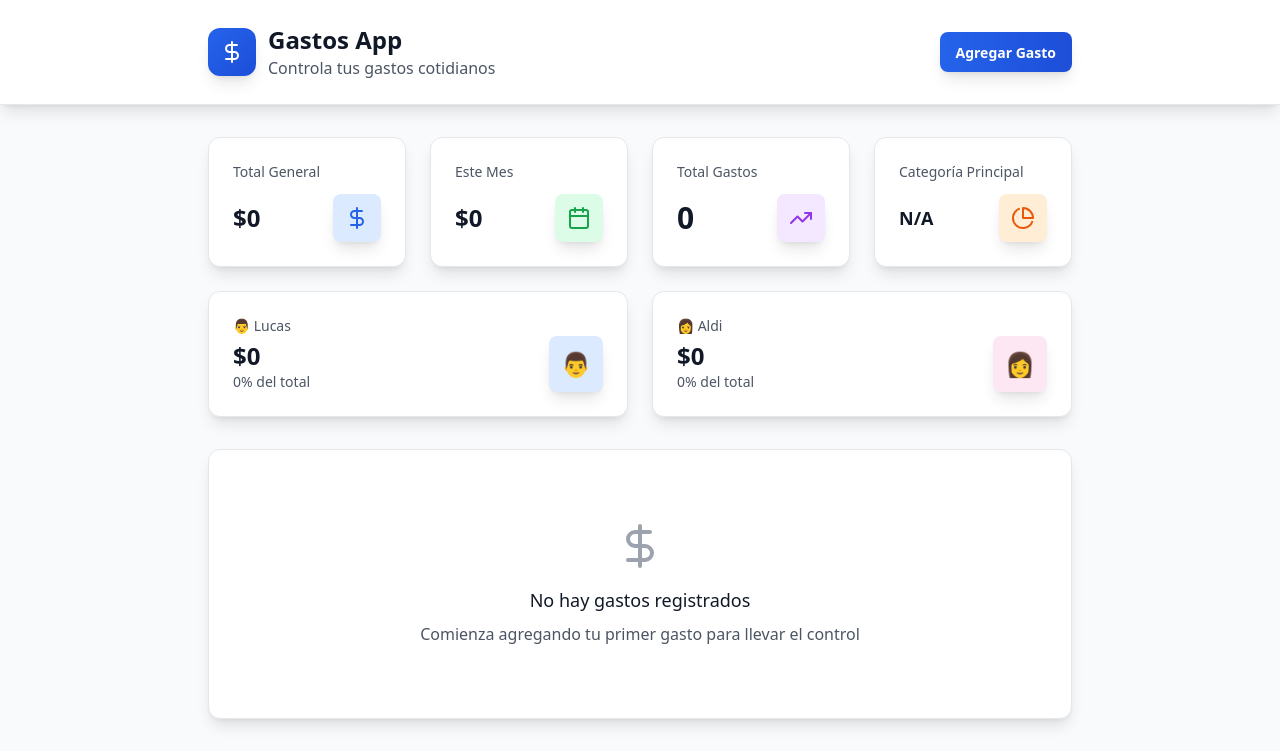
Repository: lucastenaglia/Gastosapp
Page: /
An editor plug-in stored every save of this project. The page is shown before and after the next save, followed by the edit.
The browser window is 1280 px wide. The pictures show the whole page.
The page's requests for data from a server got no answer. The project was rebuilt for these pictures with package versions that can differ from the ones it lists, and the page was loaded fresh each time. No one was signed in, and anything a server would have sent is missing. Also part of the build but not shown: vite.config.js, src/components/ExpenseForm.jsx.

Above is the page before, as saved 2025-08-03 21:50:17.

### index.html
<!DOCTYPE html>
<html lang="es">
  <head>
    <meta charset="UTF-8" />
    <link rel="icon" type="image/svg+xml" href="data:[embedded picture, 125 characters]" />
    <meta name="viewport" content="width=device-width, initial-scale=1.0" />
    <title>Gastos App - Control de Gastos Cotidianos</title>
  </head>
  <body>
    <div id="root"></div>
    <script type="module" src="/src/main.jsx"></script>
  </body>
</html>

### src/App.jsx
import { useState, useEffect } from 'react'
import Header from './components/Header'
import ExpenseForm from './components/ExpenseForm'
import ExpenseList from './components/ExpenseList'
import ExpenseSummary from './components/ExpenseSummary'
import { getExpenses, addExpense, updateExpense, deleteExpense } from './services/expenseService'

function App() {
  const [expenses, setExpenses] = useState([])
  const [isFormOpen, setIsFormOpen] = useState(false)
  const [loading, setLoading] = useState(true)
  const [error, setError] = useState(null)

  // Cargar gastos al iniciar la aplicación
  useEffect(() => {
    loadExpenses()
  }, [])

  // Cerrar modal con Escape
  useEffect(() => {
    const handleEscape = (e) => {
      if (e.key === 'Escape' && isFormOpen) {
        setIsFormOpen(false)
      }
    }

    document.addEventListener('keydown', handleEscape)
    return () => document.removeEventListener('keydown', handleEscape)
  }, [isFormOpen])

  const loadExpenses = async () => {
    try {
      setLoading(true)
      const data = await getExpenses()
      setExpenses(data)
      setError(null)
    } catch (err) {
      setError('Error al cargar los gastos')
      console.error(err)
    } finally {
      setLoading(false)
    }
  }

  const handleAddExpense = async (expense) => {
    try {
      const newExpense = await addExpense(expense)
      setExpenses([newExpense, ...expenses])
      setIsFormOpen(false)
    } catch (err) {
      setError('Error al agregar el gasto')
      console.error(err)
    }
  }

  const handleDeleteExpense = async (id) => {
    try {
      await deleteExpense(id)
      setExpenses(expenses.filter(expense => expense.id !== id))
    } catch (err) {
      setError('Error al eliminar el gasto')
      console.error(err)
    }
  }

  const handleEditExpense = async (id, updatedExpense) => {
    try {
      const updated = await updateExpense(id, updatedExpense)
      setExpenses(expenses.map(expense =>
        expense.id === id ? updated : expense
      ))
    } catch (err) {
      setError('Error al actualizar el gasto')
      console.error(err)
    }
  }

  return (
    <div className="min-h-screen bg-gray-50">
      <Header onAddExpense={() => setIsFormOpen(true)} />

      <main className="container mx-auto px-4 py-8 max-w-4xl">
        {error && (
          <div className="bg-red-100 border border-red-400 text-red-700 px-4 py-3 rounded mb-6">
            {error}
          </div>
        )}

        <ExpenseSummary expenses={expenses} />

        <div className="mt-8">
          <ExpenseList
            expenses={expenses}
            onDelete={handleDeleteExpense}
            onEdit={handleEditExpense}
            loading={loading}
          />
        </div>
      </main>

      {/* Modal Overlay */}
      {isFormOpen && (
        <div
          className="fixed inset-0 bg-black bg-opacity-50 flex items-center justify-center z-50 p-4 animate-in fade-in duration-200"
          onClick={() => setIsFormOpen(false)}
        >
          <div
            className="bg-white rounded-xl shadow-2xl max-w-md w-full mx-4 max-h-[90vh] overflow-y-auto animate-in zoom-in-95 duration-200"
            onClick={(e) => e.stopPropagation()}
          >
            <ExpenseForm
              onSubmit={handleAddExpense}
              onCancel={() => setIsFormOpen(false)}
            />
          </div>
        </div>
      )}
    </div>
  )
}

export default App

### src/index.css
@tailwind base;
@tailwind components;
@tailwind utilities;

@layer base {
  body {
    @apply bg-gray-50 text-gray-900;
  }
}

@layer components {
                .btn-primary {
                @apply bg-primary-600 hover:bg-primary-700 text-white font-medium py-2 px-4 rounded-lg transition-all duration-300 shadow-md hover:shadow-lg hover:-translate-y-0.5 transform;
              }

              .btn-secondary {
                @apply bg-gray-200 hover:bg-gray-300 text-gray-800 font-medium py-2 px-4 rounded-lg transition-all duration-300 shadow-md hover:shadow-lg hover:-translate-y-0.5 transform;
              }

                .input-field {
                @apply w-full px-3 py-2 border border-gray-300 rounded-lg focus:outline-none focus:ring-2 focus:ring-primary-500 focus:border-transparent shadow-sm focus:shadow-md transition-all duration-300;
              }

                            .card {
                @apply bg-white rounded-xl shadow-lg border border-gray-200 p-6 transform transition-all duration-300 hover:shadow-2xl hover:-translate-y-1;
              }

              .modal-enter {
                @apply opacity-0 scale-95;
              }

              .modal-enter-active {
                @apply opacity-100 scale-100 transition-all duration-200 ease-out;
              }

              .modal-exit {
                @apply opacity-100 scale-100;
              }

              .modal-exit-active {
                @apply opacity-0 scale-95 transition-all duration-200 ease-in;
              }
}

### src/components/Header.jsx
import { Plus, DollarSign } from 'lucide-react'

const Header = ({ onAddExpense }) => {
  return (
    <header className="bg-white shadow-lg border-b border-gray-200">
      <div className="container mx-auto px-4 py-6 max-w-4xl">
        <div className="flex items-center justify-between">
          <div className="flex items-center space-x-3">
            <div className="bg-gradient-to-br from-primary-600 to-primary-700 p-3 rounded-xl shadow-lg">
              <DollarSign className="h-6 w-6 text-white" />
            </div>
            <div>
              <h1 className="text-2xl font-bold text-gray-900">Gastos App</h1>
              <p className="text-gray-600">Controla tus gastos cotidianos</p>
            </div>
          </div>

          <button
            onClick={onAddExpense}
            className="bg-gradient-to-r from-primary-600 to-primary-700 active:from-primary-800 active:to-primary-900 text-white font-semibold py-2 px-4 rounded-lg shadow-lg hover:shadow-xl active:shadow-md active:translate-y-0.5 transition-all duration-200 border-0 focus:outline-none focus:ring-2 focus:ring-primary-300"
          >
            <span className="text-sm">Agregar Gasto</span>
          </button>
        </div>
      </div>
    </header>
  )
}

export default Header

### src/components/ExpenseList.jsx
import { useState } from 'react'
import { Trash2, Edit, Calendar, DollarSign } from 'lucide-react'

const ExpenseList = ({ expenses, onDelete, onEdit, loading }) => {
  const [editingId, setEditingId] = useState(null)
  const [editForm, setEditForm] = useState({})

  const categoryIcons = {
    comida: '🍽️',
    super: '🛒',
    auto: '🚗',
    entretenimiento: '🎮',
    salud: '💊',
    ropa: '👕',
    hogar: '🏠',
    otros: '📦'
  }

  const categoryColors = {
    comida: 'bg-orange-100 text-orange-800',
    super: 'bg-red-100 text-red-800',
    auto: 'bg-blue-100 text-blue-800',
    entretenimiento: 'bg-purple-100 text-purple-800',
    salud: 'bg-green-100 text-green-800',
    ropa: 'bg-pink-100 text-pink-800',
    hogar: 'bg-yellow-100 text-yellow-800',
    otros: 'bg-gray-100 text-gray-800'
  }

  const handleEdit = (expense) => {
    setEditingId(expense.id)
    setEditForm({
      description: expense.description,
      amount: expense.amount.toString(),
      category: expense.category,
      person: expense.person || 'lucas',
      date: expense.date
    })
  }

  const handleSaveEdit = (id) => {
    onEdit(id, {
      ...editForm,
      amount: parseFloat(editForm.amount)
    })
    setEditingId(null)
    setEditForm({})
  }

  const handleCancelEdit = () => {
    setEditingId(null)
    setEditForm({})
  }

  const formatDate = (dateString) => {
    const date = new Date(dateString)
    return date.toLocaleDateString('es-ES', {
      year: 'numeric',
      month: 'short',
      day: 'numeric'
    })
  }

  if (loading) {
    return (
      <div className="card">
        <div className="text-center py-12">
          <div className="animate-spin rounded-full h-12 w-12 border-b-2 border-primary-600 mx-auto mb-4"></div>
          <h3 className="text-lg font-medium text-gray-900 mb-2">
            Cargando gastos...
          </h3>
          <p className="text-gray-600">
            Conectando con la base de datos
          </p>
        </div>
      </div>
    )
  }

  if (expenses.length === 0) {
    return (
      <div className="card">
        <div className="text-center py-12">
          <DollarSign className="h-12 w-12 text-gray-400 mx-auto mb-4" />
          <h3 className="text-lg font-medium text-gray-900 mb-2">
            No hay gastos registrados
          </h3>
          <p className="text-gray-600">
            Comienza agregando tu primer gasto para llevar el control
          </p>
        </div>
      </div>
    )
  }

  return (
    <div className="card">
      <h2 className="text-xl font-semibold text-gray-900 mb-6">
        Historial de Gastos
      </h2>

      <div className="space-y-3">
        {expenses.map(expense => (
          <div key={expense.id} className="border border-gray-200 rounded-lg p-3 sm:p-4 bg-white shadow-md hover:shadow-xl hover:-translate-y-1 transform transition-all duration-300">
            {editingId === expense.id ? (
              <div className="space-y-3">
                <input
                  type="text"
                  value={editForm.description}
                  onChange={(e) => setEditForm({...editForm, description: e.target.value})}
                  className="input-field"
                />
                <div className="grid grid-cols-1 sm:grid-cols-2 gap-3">
                  <input
                    type="number"
                    value={editForm.amount}
                    onChange={(e) => setEditForm({...editForm, amount: e.target.value})}
                    className="input-field"
                    step="1"
                    min="0"
                  />
                  <select
                    value={editForm.category}
                    onChange={(e) => setEditForm({...editForm, category: e.target.value})}
                    className="input-field"
                  >
                    <option value="comida">🍽️ Comida</option>
                    <option value="super">🛒 Super</option>
                    <option value="auto">🚗 Auto</option>
                    <option value="entretenimiento">🎮 Entretenimiento</option>
                    <option value="salud">💊 Salud</option>
                    <option value="ropa">👕 Ropa</option>
                    <option value="hogar">🏠 Hogar</option>
                    <option value="otros">📦 Otros</option>
                  </select>
                </div>
                <div className="grid grid-cols-1 sm:grid-cols-2 gap-3">
                  <select
                    value={editForm.person}
                    onChange={(e) => setEditForm({...editForm, person: e.target.value})}
                    className="input-field"
                  >
                    <option value="lucas">👨 Lucas</option>
                    <option value="aldi">👩 Aldi</option>
                  </select>
                  <input
                    type="date"
                    value={editForm.date}
                    onChange={(e) => setEditForm({...editForm, date: e.target.value})}
                    className="input-field"
                  />
                </div>
                <div className="flex space-x-2">
                  <button
                    onClick={() => handleSaveEdit(expense.id)}
                    className="btn-primary text-sm flex-1"
                  >
                    Guardar
                  </button>
                  <button
                    onClick={handleCancelEdit}
                    className="btn-secondary text-sm flex-1"
                  >
                    Cancelar
                  </button>
                </div>
              </div>
            ) : (
              <div className="space-y-3">
                {/* Header con icono, descripción y monto */}
                <div className="flex items-start justify-between">
                  <div className="flex items-center space-x-3 flex-1 min-w-0">
                    <div className={`p-2 rounded-lg flex-shrink-0 ${categoryColors[expense.category]}`}>
                      <span className="text-lg">{categoryIcons[expense.category]}</span>
                    </div>

                    <div className="flex-1 min-w-0">
                      <h3 className="font-medium text-gray-900 truncate">
                        {expense.description}
                      </h3>
                      <div className="flex items-center space-x-2 text-sm text-gray-600 mt-1">
                        <span className="flex items-center space-x-1">
                          <Calendar className="h-3 w-3" />
                          <span className="hidden sm:inline">{formatDate(expense.date)}</span>
                          <span className="sm:hidden">{new Date(expense.date).toLocaleDateString('es-ES', { day: '2-digit', month: '2-digit' })}</span>
                        </span>
                        <span className="hidden sm:inline">•</span>
                        <span className="capitalize text-xs sm:text-sm">{expense.category}</span>
                      </div>
                    </div>
                  </div>

                  <div className="flex items-center space-x-2 flex-shrink-0">
                    <span className="text-lg font-semibold text-gray-900">
                      ${expense.amount}
                    </span>

                    <div className="flex space-x-1">
                      <button
                        onClick={() => handleEdit(expense)}
                        className="p-1 text-gray-400 hover:text-blue-600 transition-colors"
                        title="Editar"
                      >
                        <Edit className="h-4 w-4" />
                      </button>
                      <button
                        onClick={() => onDelete(expense.id)}
                        className="p-1 text-gray-400 hover:text-red-600 transition-colors"
                        title="Eliminar"
                      >
                        <Trash2 className="h-4 w-4" />
                      </button>
                    </div>
                  </div>
                </div>

                {/* Información adicional en móvil */}
                <div className="sm:hidden flex items-center justify-between text-sm text-gray-600 border-t pt-2">
                  <span className="flex items-center space-x-1">
                    <span>{expense.person === 'lucas' ? '👨' : '👩'}</span>
                    <span className="capitalize">{expense.person || 'lucas'}</span>
                  </span>
                  <span className="text-xs">
                    {new Date(expense.date).toLocaleDateString('es-ES', { year: 'numeric' })}
                  </span>
                </div>
              </div>
            )}
          </div>
        ))}
      </div>
    </div>
  )
}

export default ExpenseList

### src/components/ExpenseSummary.jsx
import { TrendingUp, Calendar, DollarSign, PieChart } from 'lucide-react'

const ExpenseSummary = ({ expenses }) => {
  const totalExpenses = expenses.reduce((sum, expense) => sum + expense.amount, 0)

  const today = new Date()
  const thisMonth = today.getMonth()
  const thisYear = today.getFullYear()

  const monthlyExpenses = expenses.filter(expense => {
    const expenseDate = new Date(expense.date)
    return expenseDate.getMonth() === thisMonth && expenseDate.getFullYear() === thisYear
  })

  const monthlyTotal = monthlyExpenses.reduce((sum, expense) => sum + expense.amount, 0)

  const categoryTotals = expenses.reduce((acc, expense) => {
    acc[expense.category] = (acc[expense.category] || 0) + expense.amount
    return acc
  }, {})

  const topCategory = Object.entries(categoryTotals).sort(([,a], [,b]) => b - a)[0]

  // Estadísticas por persona
  const personTotals = expenses.reduce((acc, expense) => {
    const person = expense.person || 'lucas'
    acc[person] = (acc[person] || 0) + expense.amount
    return acc
  }, {})

  const lucasTotal = personTotals.lucas || 0
  const aldiTotal = personTotals.aldi || 0

  const formatCurrency = (amount) => {
    return `$${Math.round(amount).toLocaleString('en-US')}`
  }

  return (
    <div className="space-y-4 sm:space-y-6">
      {/* Primera fila - Estadísticas generales */}
      <div className="grid grid-cols-2 lg:grid-cols-4 gap-3 sm:gap-6">
                 {/* Total General */}
         <div className="card relative p-4 sm:p-6">
           <div className="space-y-3">
             <p className="text-xs sm:text-sm font-medium text-gray-600">Total General</p>
             <div className="flex items-center justify-between">
               <div className="flex-1">
                 <p className="text-lg sm:text-xl lg:text-2xl font-bold text-gray-900">
                   {formatCurrency(totalExpenses)}
                 </p>
               </div>
               <div className="bg-blue-100 p-2 sm:p-2.5 lg:p-3 rounded-lg shadow-lg ml-4">
                 <DollarSign className="h-4 w-4 sm:h-5 sm:w-5 lg:h-6 lg:w-6 text-blue-600" />
               </div>
             </div>
           </div>
         </div>

                 {/* Gastos del Mes */}
         <div className="card relative p-4 sm:p-6">
           <div className="space-y-3">
             <p className="text-xs sm:text-sm font-medium text-gray-600">Este Mes</p>
             <div className="flex items-center justify-between">
               <div className="flex-1">
                 <p className="text-lg sm:text-xl lg:text-2xl font-bold text-gray-900">
                   {formatCurrency(monthlyTotal)}
                 </p>
               </div>
               <div className="bg-green-100 p-2 sm:p-2.5 lg:p-3 rounded-lg shadow-lg ml-4">
                 <Calendar className="h-4 w-4 sm:h-5 sm:w-5 lg:h-6 lg:w-6 text-green-600" />
               </div>
             </div>
           </div>
         </div>

                 {/* Total de Gastos */}
         <div className="card relative p-4 sm:p-6">
           <div className="space-y-3">
             <p className="text-xs sm:text-sm font-medium text-gray-600">Total Gastos</p>
             <div className="flex items-center justify-between">
               <div className="flex-1">
                 <p className="text-2xl sm:text-3xl font-bold text-gray-900">
                   {expenses.length}
                 </p>
               </div>
               <div className="bg-purple-100 p-2 sm:p-2.5 lg:p-3 rounded-lg shadow-lg ml-4">
                 <TrendingUp className="h-4 w-4 sm:h-5 sm:w-5 lg:h-6 lg:w-6 text-purple-600" />
               </div>
             </div>
           </div>
         </div>

                 {/* Categoría Principal */}
         <div className="card relative p-4 sm:p-6">
           <div className="space-y-3">
             <p className="text-xs sm:text-sm font-medium text-gray-600">Categoría Principal</p>
             <div className="flex items-center justify-between">
               <div className="flex-1">
                 <p className="text-base sm:text-lg font-semibold text-gray-900 capitalize">
                   {topCategory ? topCategory[0] : 'N/A'}
                 </p>
                 {topCategory && (
                   <p className="text-xs sm:text-sm text-gray-600">
                     {formatCurrency(topCategory[1])}
                   </p>
                 )}
               </div>
               <div className="bg-orange-100 p-2 sm:p-2.5 lg:p-3 rounded-lg shadow-lg ml-4">
                 <PieChart className="h-4 w-4 sm:h-5 sm:w-5 lg:h-6 lg:w-6 text-orange-600" />
               </div>
             </div>
           </div>
         </div>
      </div>

             {/* Segunda fila - Estadísticas por persona */}
       <div className="grid grid-cols-1 sm:grid-cols-2 gap-3 sm:gap-6">
                 {/* Gastos de Lucas */}
         <div className="card relative p-4 sm:p-6">
           <div>
             <p className="text-xs sm:text-sm font-medium text-gray-600">👨 Lucas</p>
             <div className="flex items-end justify-between">
               <div>
                 <p className="text-lg sm:text-2xl font-bold text-gray-900">
                   {formatCurrency(lucasTotal)}
                 </p>
                 <p className="text-xs sm:text-sm text-gray-600">
                   {totalExpenses > 0 ? `${((lucasTotal / totalExpenses) * 100).toFixed(1)}%` : '0%'} del total
                 </p>
               </div>
               <div className="bg-blue-100 p-2 sm:p-3 rounded-lg shadow-lg">
                 <span className="text-lg sm:text-2xl">👨</span>
               </div>
             </div>
           </div>
         </div>

                 {/* Gastos de Aldi */}
         <div className="card relative p-4 sm:p-6">
           <div>
             <p className="text-xs sm:text-sm font-medium text-gray-600">👩 Aldi</p>
             <div className="flex items-end justify-between">
               <div>
                 <p className="text-lg sm:text-2xl font-bold text-gray-900">
                   {formatCurrency(aldiTotal)}
                 </p>
                 <p className="text-xs sm:text-sm text-gray-600">
                   {totalExpenses > 0 ? `${((aldiTotal / totalExpenses) * 100).toFixed(1)}%` : '0%'} del total
                 </p>
               </div>
               <div className="bg-pink-100 p-2 sm:p-3 rounded-lg shadow-lg">
                 <span className="text-lg sm:text-2xl">👩</span>
               </div>
             </div>
           </div>
         </div>
      </div>
    </div>
  )
}

export default ExpenseSummary

### src/lib/supabase.js
import { createClient } from '@supabase/supabase-js'

// Configuración de Supabase
const supabaseUrl = 'https://tiarifmkqcayodakifqu.supabase.co'
const supabaseAnonKey = 'eyJhbGciOiJIUzI1NiIsInR5cCI6IkpXVCJ9.eyJpc3MiOiJzdXBhYmFzZSIsInJlZiI6InRpYXJpZm1rcWNheW9kYWtpZnF1Iiwicm9sZSI6ImFub24iLCJpYXQiOjE3NTQyMzYxMzcsImV4cCI6MjA2OTgxMjEzN30.qJr6Xvo0UF5_XPq4UWidASjwgjcWPFJ8CqR6mAHSsTU'

export const supabase = createClient(supabaseUrl, supabaseAnonKey)

### tailwind.config.js
/** @type {import('tailwindcss').Config} */
export default {
  content: [
    "./index.html",
    "./src/**/*.{js,ts,jsx,tsx}",
  ],
  theme: {
    extend: {
      colors: {
        primary: {
          50: '#eff6ff',
          500: '#3b82f6',
          600: '#2563eb',
          700: '#1d4ed8',
        }
      }
    },
  },
  plugins: [],
}

Loaded but not shown: src/main.jsx (common file); src/services/expenseService.js (78 lines, source omitted)

After the next save:
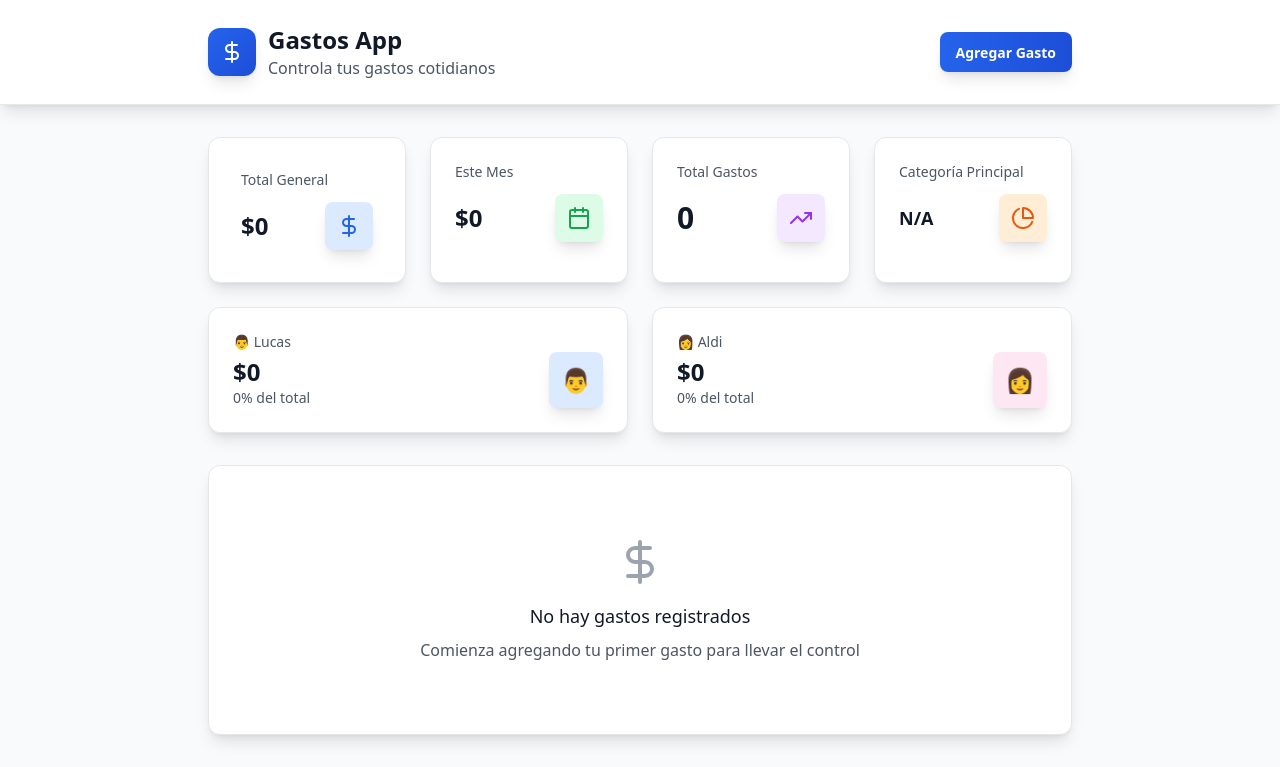
Saved 48 s later.
--- a/src/components/ExpenseSummary.jsx
+++ b/src/components/ExpenseSummary.jsx
@@ -40,7 +40,7 @@ const ExpenseSummary = ({ expenses }) => {
       {/* Primera fila - Estadísticas generales */}
       <div className="grid grid-cols-2 lg:grid-cols-4 gap-3 sm:gap-6">
                  {/* Total General */}
-         <div className="card relative p-4 sm:p-6">
+         <div className="card relative p-4 sm:p-6 lg:p-8">
            <div className="space-y-3">
              <p className="text-xs sm:text-sm font-medium text-gray-600">Total General</p>
              <div className="flex items-center justify-between">
